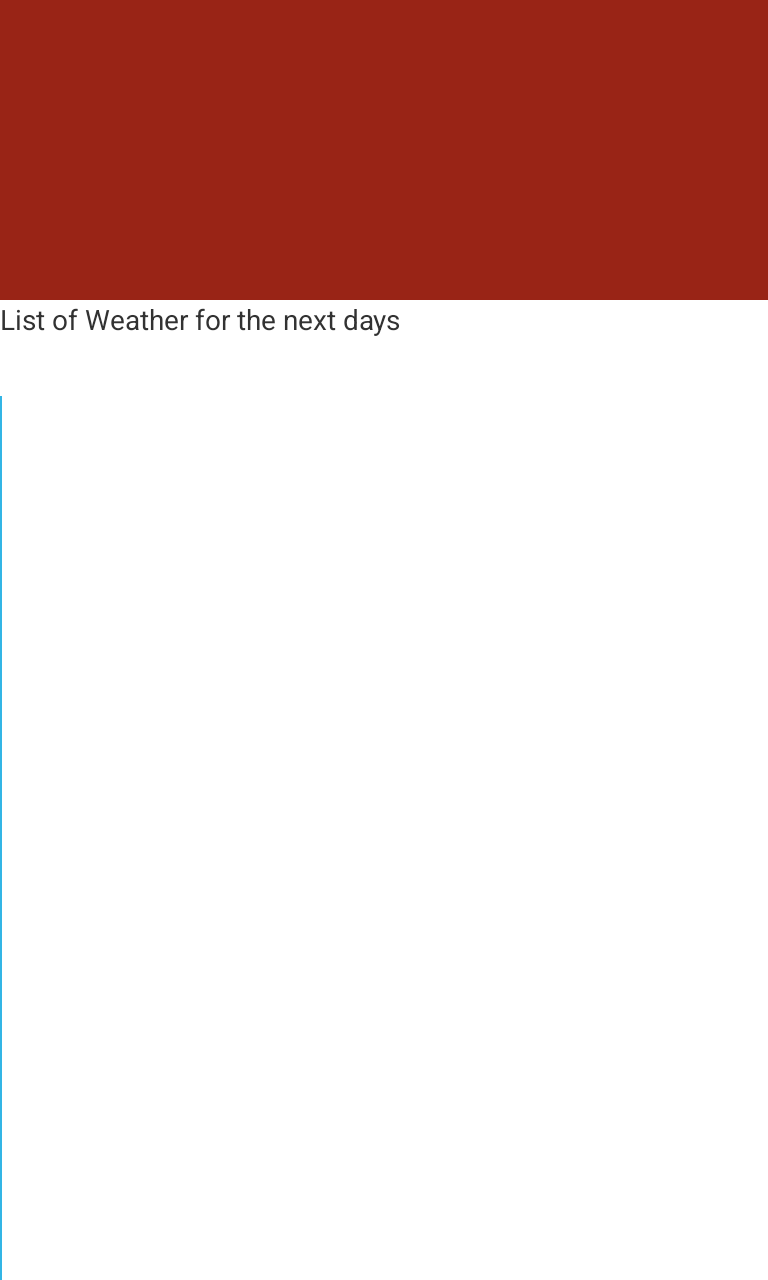
Repository: randhika/WeatherApp
Layout: WeatherApp/res/layout/home_fragment_layout.xml
The author's editor kept a copy of each file at every save. The layout is drawn from the files as they stood at one save, then again after the next save.
It is drawn on a 768 x 1280 px phone screen (xhdpi) without system bars, with theme AppTheme; the app's code is not run.

Above is the layout before, as saved 2014-04-27 18:56:08.

After the next save:
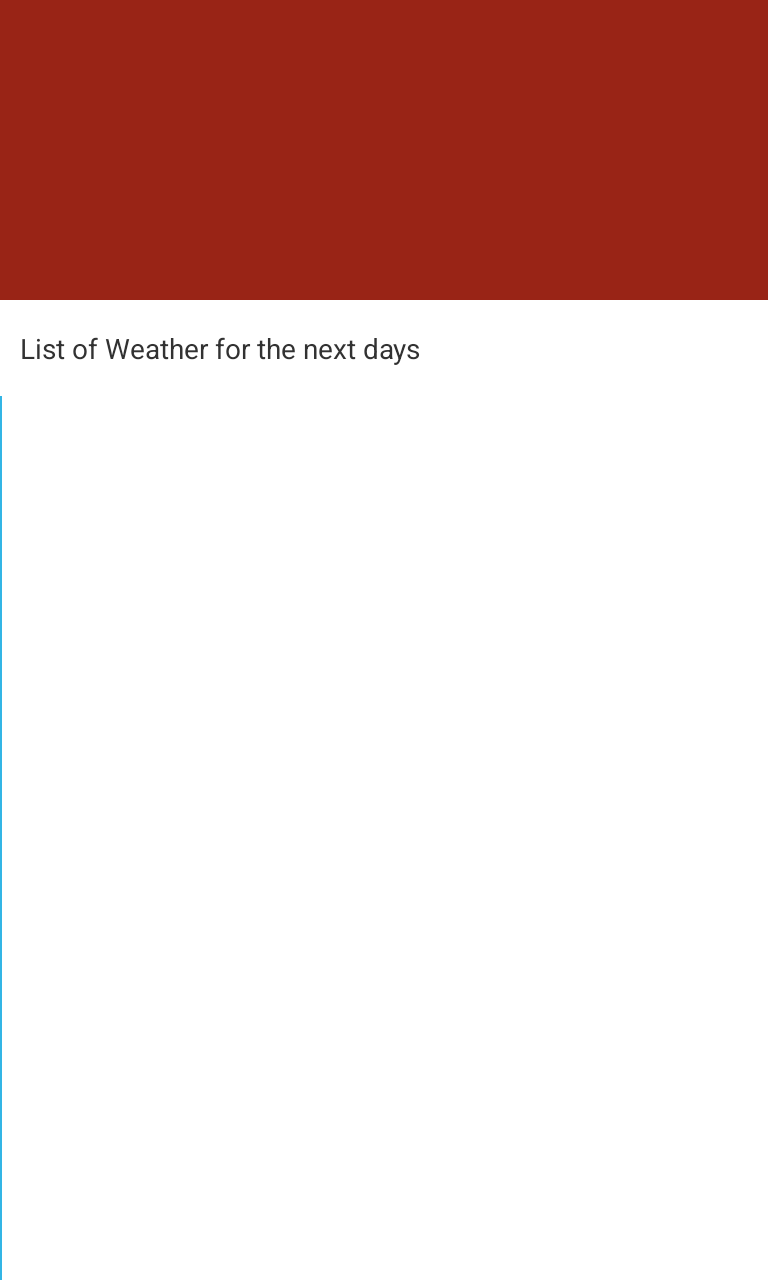
Saved 23 s later.
--- a/WeatherApp/res/layout/home_fragment_layout.xml
+++ b/WeatherApp/res/layout/home_fragment_layout.xml
@@ -48,6 +48,8 @@
         android:id="@+id/btn_get_weather"
         android:layout_width="match_parent"
         android:layout_height="48dp"
+        android:gravity="center_vertical"
+        android:paddingLeft="10dp"
         android:layout_gravity="center"
         android:text="@string/Weather_For_Next_Days" />
 
